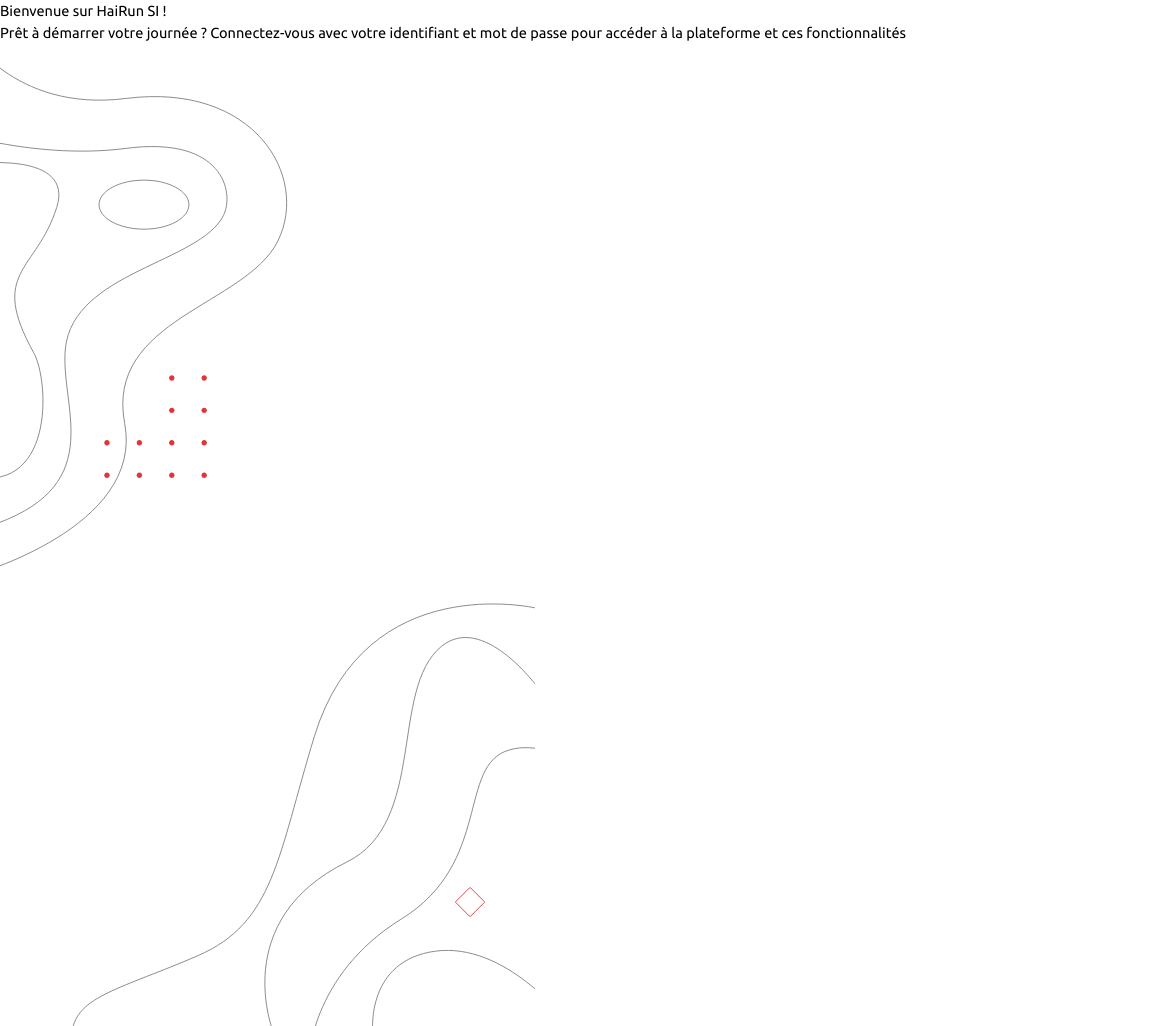
Repository: houlderHR/hairunsi-react-js-app
Page: /login
The author's editor kept a copy of each file at every save. The page is drawn from the files as they stood at one save, then again after the next save.
The browser window is 1280 px wide. The pictures show the whole page, at 91% of full size.
The project was rebuilt for these pictures with package versions that can differ from the ones it lists, and the page was loaded fresh each time. Also part of the build but not shown: vite.config.ts, src/App.scss, src/pages/Home/Home.scss, src/pages/Home/Home.tsx, src/pages/Login/Login.scss.

Above is the page before, as saved 2024-03-20 11:25:38.

After the next save:
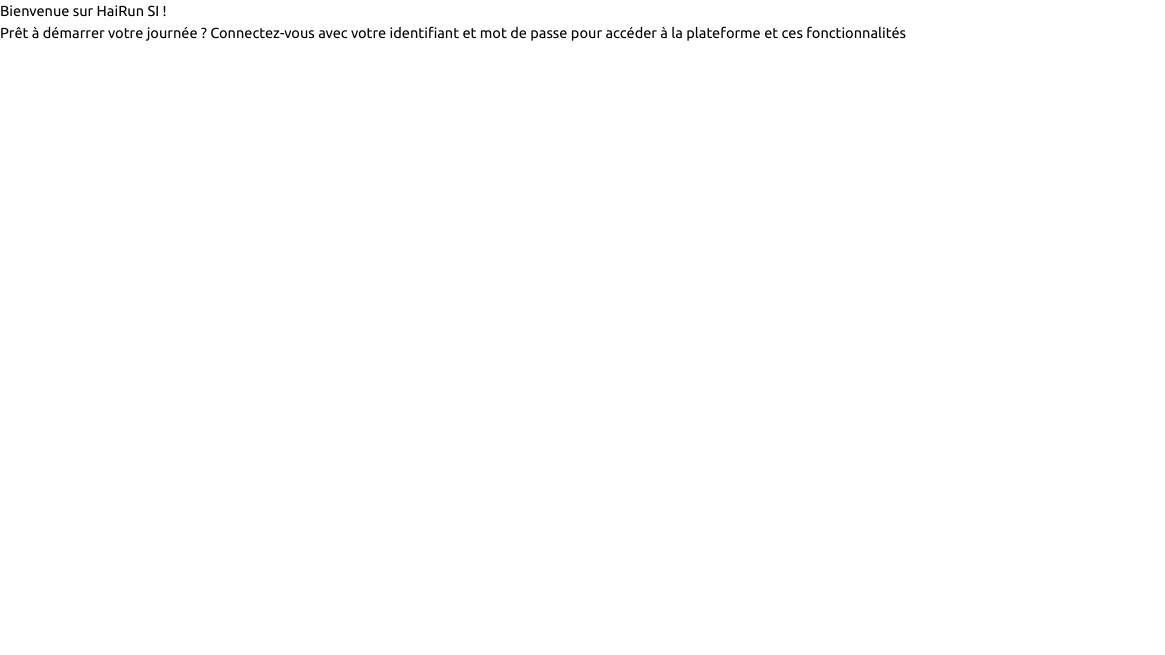
Saved 9 s later.
--- a/src/pages/Login/Login.tsx
+++ b/src/pages/Login/Login.tsx
@@ -10,7 +10,7 @@
           <h2>Bienvenue sur HaiRun SI !</h2>
           <p>Prêt à démarrer votre journée ? Connectez-vous avec votre identifiant et mot de passe pour accéder à la plateforme et ces fonctionnalités</p>
         </div>
-        <img src={bgLogin} alt="" className="bg-primary fixed inset-0 h-full" />
+        {/* <img src={bgLogin} alt="" className="bg-primary fixed inset-0 h-full" /> */}
       </div>
       <div className='w-3/4 bg-green-200'>
 

After the save that followed:
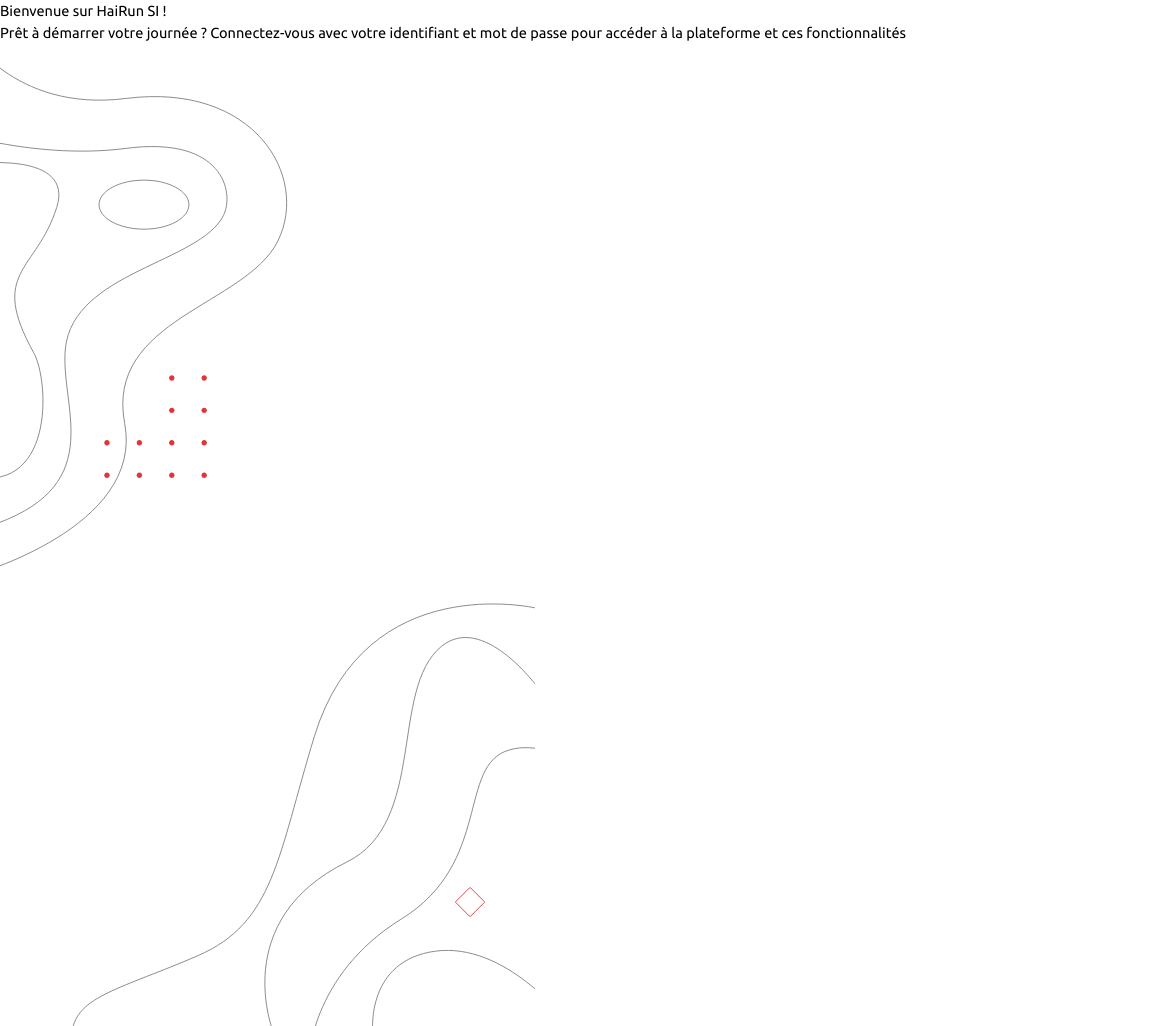
Saved 28 s later.
--- a/src/pages/Login/Login.tsx
+++ b/src/pages/Login/Login.tsx
@@ -10,7 +10,7 @@
           <h2>Bienvenue sur HaiRun SI !</h2>
           <p>Prêt à démarrer votre journée ? Connectez-vous avec votre identifiant et mot de passe pour accéder à la plateforme et ces fonctionnalités</p>
         </div>
-        {/* <img src={bgLogin} alt="" className="bg-primary fixed inset-0 h-full" /> */}
+        <img src={bgLogin} alt="" className="bg-primary fixed inset-0 h-full w-full" />
       </div>
       <div className='w-3/4 bg-green-200'>
 
